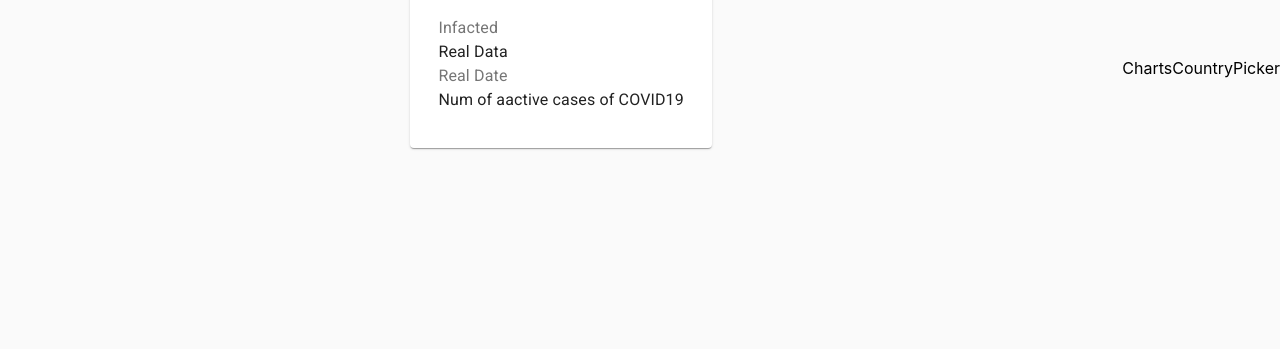
Repository: ranausama48/covid-tracker
Page: /
An editor plug-in stored every save of this project. The page is shown before and after the next save, followed by the edit.
The browser window is 1280 px wide. The pictures show the whole page.
The page's requests for data from a server got no answer. The project was rebuilt for these pictures with package versions that can differ from the ones it lists, and the page was loaded fresh each time. No one was signed in, and anything a server would have sent is missing.

Above is the page before, as saved 2020-07-05 17:58:20.

### public/index.html
<!DOCTYPE html>
<html lang="en">
  <head>
    <meta charset="utf-8" />
    <link rel="icon" href="%PUBLIC_URL%/favicon.ico" />
    <meta name="viewport" content="width=device-width, initial-scale=1" />
    <meta name="theme-color" content="#000000" />
    <meta
      name="description"
      content="Web site created using create-react-app"
    />
    <!-- @material Ui links -->
    <link
      rel="stylesheet"
      href="https://fonts.googleapis.com/css?family=Roboto:300,400,500,700&display=swap"
    />
    <link
      rel="stylesheet"
      href="https://fonts.googleapis.com/icon?family=Material+Icons"
    />

    <link rel="apple-touch-icon" href="%PUBLIC_URL%/logo192.png" />
    <!--
      manifest.json provides metadata used when your web app is installed on a
      user's mobile device or desktop. See https://developers.google.com/web/fundamentals/web-app-manifest/
    -->
    <link rel="manifest" href="%PUBLIC_URL%/manifest.json" />
    <!--
      Notice the use of %PUBLIC_URL% in the tags above.
      It will be replaced with the URL of the `public` folder during the build.
      Only files inside the `public` folder can be referenced from the HTML.

      Unlike "/favicon.ico" or "favicon.ico", "%PUBLIC_URL%/favicon.ico" will
      work correctly both with client-side routing and a non-root public URL.
      Learn how to configure a non-root public URL by running `npm run build`.
    -->
    <title>React App</title>
  </head>
  <body>
    <noscript>You need to enable JavaScript to run this app.</noscript>
    <div id="root"></div>
    <!--
      This HTML file is a template.
      If you open it directly in the browser, you will see an empty page.

      You can add webfonts, meta tags, or analytics to this file.
      The build step will place the bundled scripts into the <body> tag.

      To begin the development, run `npm start` or `yarn start`.
      To create a production bundle, use `npm run build` or `yarn build`.
    -->
  </body>
</html>

### src/App.js
import React, { useEffect, useState } from "react";
import Cards from "./components/Cards/Cards";
import Charts from "./components/Charts/Charts";
import CountryPicker from "./components/CountryPicker/CountryPicker";
import { fetchData } from "./api";

import "./App.css";

function App() {
  const [state, setstate] = useState({ data: {} });
  useEffect(() => {
    async function getData() {
      const data = await fetchData();
      setstate({ data });
    }
    getData();
  }, []);
  const { data } = state;

  return (
    <div className="container">
      <Cards data={data} />
      <Charts />
      <CountryPicker />
    </div>
  );
}

export default App;

### src/components/Cards/Cards.jsx
import React from "react";
import { makeStyles } from "@material-ui/core/styles";
import {
  Card,
  CardActionArea,
  CardActions,
  CardContent,
  CardMedia,
  Button,
  Typography,
  Grid,
} from "@material-ui/core";
const useStyles = makeStyles({
  root: {
    maxWidth: 345,
  },
  media: {
    height: 140,
  },
});

const Cards = (props) => {
  const classes = useStyles();
  return (
    <Grid container spacing={3} justify="center">
      <Grid item component={Card}>
        <CardContent>
          <Typography color="textSecondary">Infacted</Typography>
          <Typography varaint="h5">Real Data</Typography>
          <Typography color="textSecondary">Real Date</Typography>
          <Typography varaint="body2">
            Num of aactive cases of COVID19
          </Typography>
        </CardContent>
      </Grid>
    </Grid>
  );
};

export default Cards;

### src/components/Charts/Charts.jsx
import React from "react";

const Charts = () => {
  return <div>Charts</div>;
};

export default Charts;

### src/components/CountryPicker/CountryPicker.jsx
import React from "react";

const CountryPicker = () => {
  return <div>CountryPicker</div>;
};

export default CountryPicker;

### src/api/index.js
import axios from "axios";
const url = "https://covid19.mathdro.id/api";
export const fetchData = async () => {
  try {
    const { data } = await axios.get(url);
    const { confirmed, recovered, deaths, lastUpdate } = data;
    return {
      confirmed,
      recovered,
      deaths,
      lastUpdate,
    };
  } catch (error) {
    return error;
  }
};

### src/App.css
body {
  background-color: rgba(250, 250, 250);
}
.container {
  display: flex;
  justify-content: center;
  align-items: center;
}

Loaded but not shown: src/index.js (common file); src/index.css (common file); src/serviceWorker.js (common file)

After the next save:
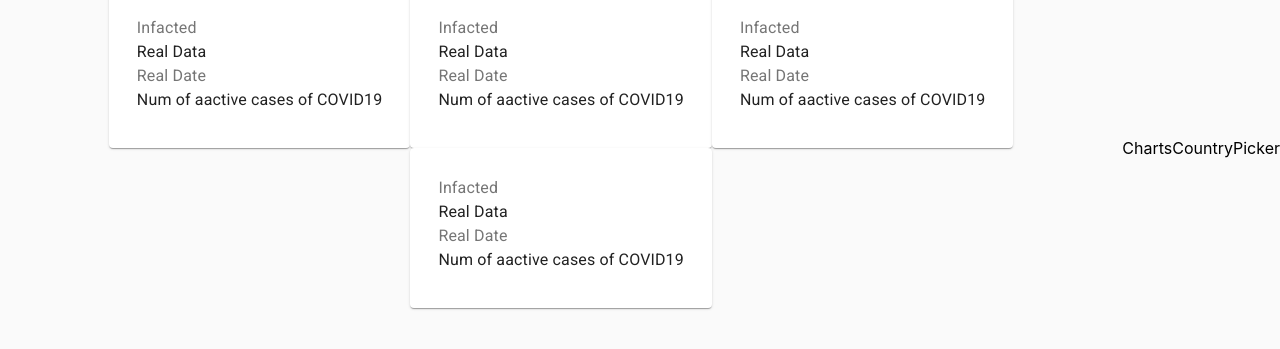
Saved 22 s later.
--- a/src/components/Cards/Cards.jsx
+++ b/src/components/Cards/Cards.jsx
@@ -33,6 +33,36 @@ const Cards = (props) => {
           </Typography>
         </CardContent>
       </Grid>
+      <Grid item component={Card}>
+        <CardContent>
+          <Typography color="textSecondary">Infacted</Typography>
+          <Typography varaint="h5">Real Data</Typography>
+          <Typography color="textSecondary">Real Date</Typography>
+          <Typography varaint="body2">
+            Num of aactive cases of COVID19
+          </Typography>
+        </CardContent>
+      </Grid>
+      <Grid item component={Card}>
+        <CardContent>
+          <Typography color="textSecondary">Infacted</Typography>
+          <Typography varaint="h5">Real Data</Typography>
+          <Typography color="textSecondary">Real Date</Typography>
+          <Typography varaint="body2">
+            Num of aactive cases of COVID19
+          </Typography>
+        </CardContent>
+      </Grid>
+      <Grid item component={Card}>
+        <CardContent>
+          <Typography color="textSecondary">Infacted</Typography>
+          <Typography varaint="h5">Real Data</Typography>
+          <Typography color="textSecondary">Real Date</Typography>
+          <Typography varaint="body2">
+            Num of aactive cases of COVID19
+          </Typography>
+        </CardContent>
+      </Grid>
     </Grid>
   );
 };
